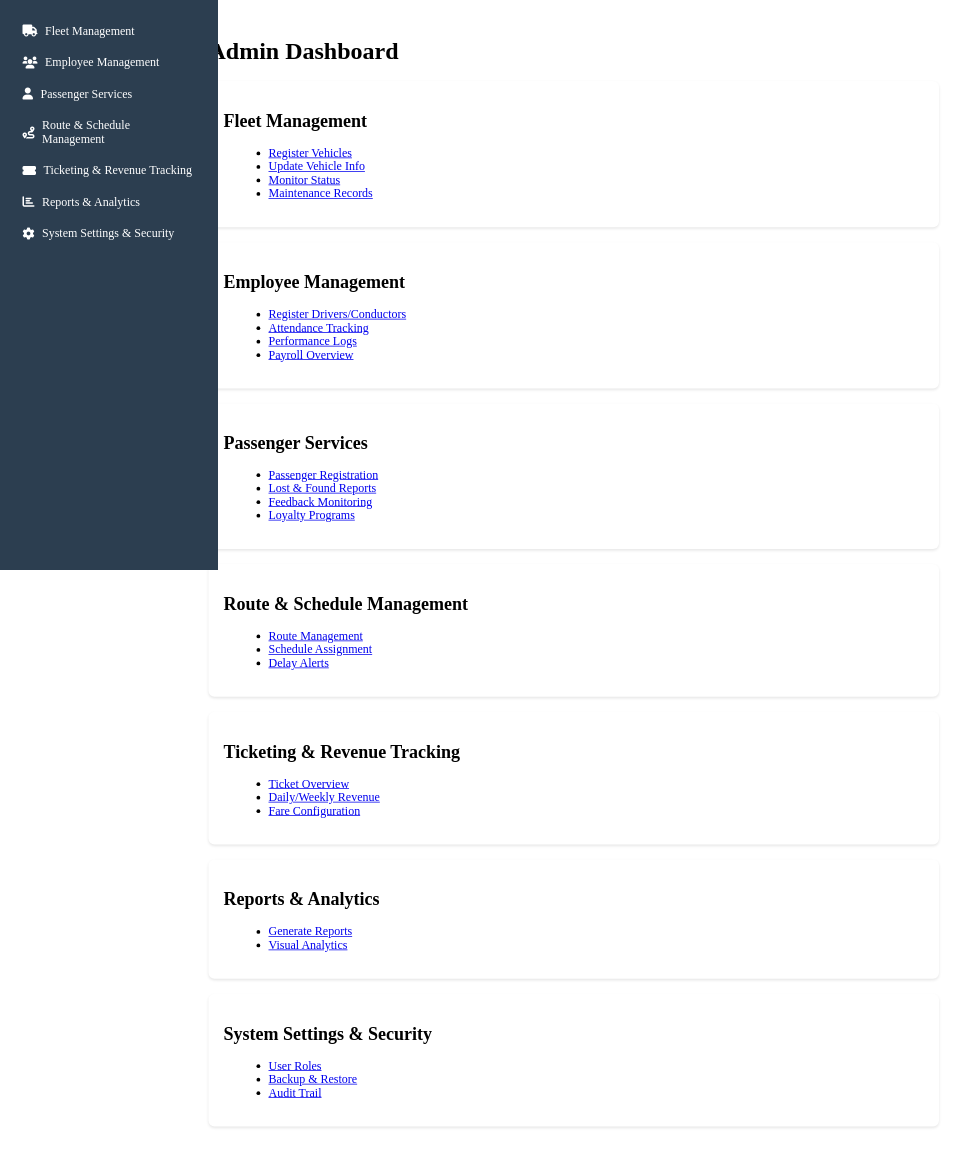
Repository: Ndegwa2/Smart-Transport-System
Page: client/admin.html
An editor plug-in stored every save of this project. The page is shown before and after the next save, followed by the edit.
The browser window is 1280 px wide. The pictures show the whole page, at 75% of full size.

Above is the page before, as saved 2025-05-27 12:29:51.
Console error: ReferenceError: routesData is not defined

After the next save:
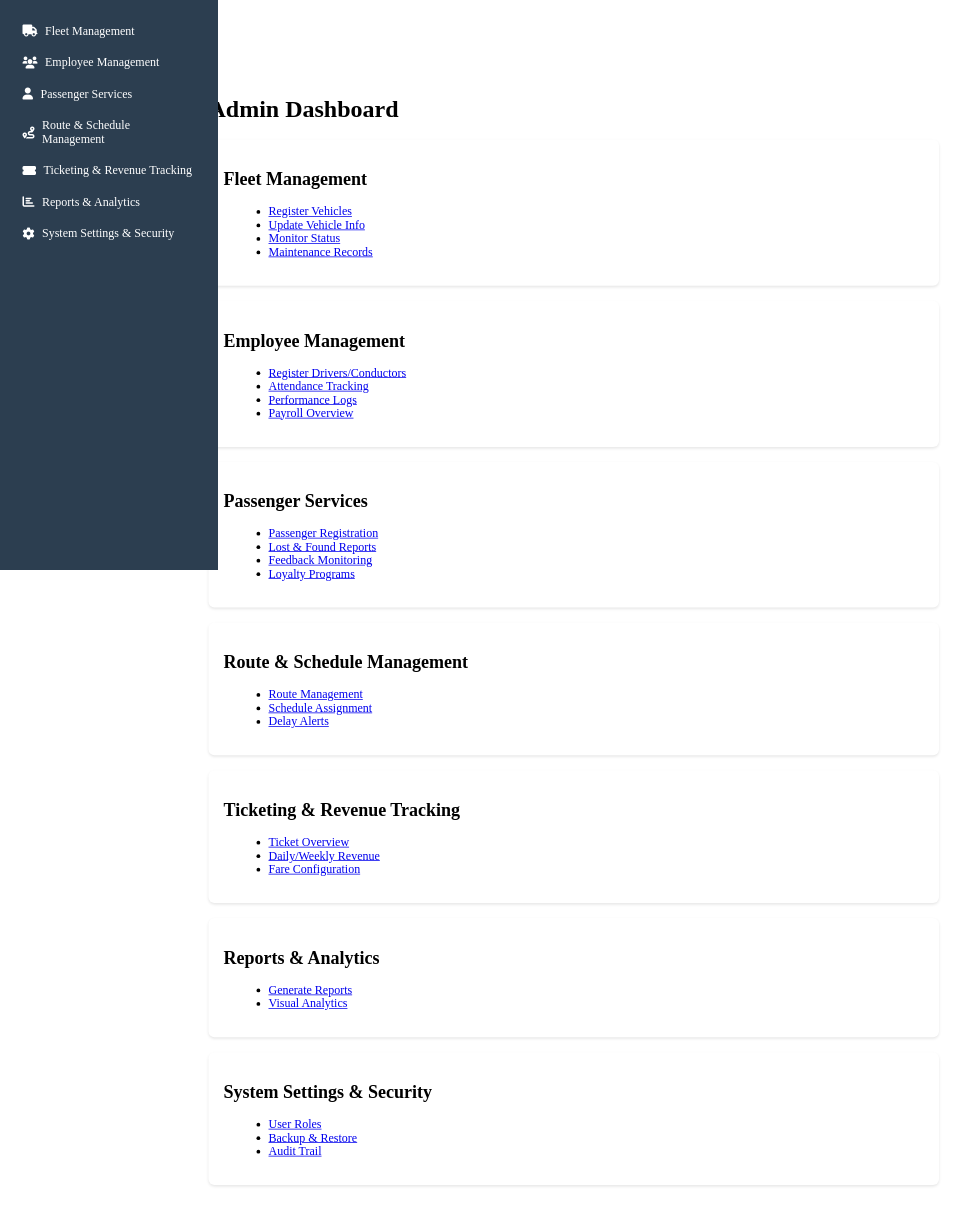
Saved 12 s later.
--- a/client/admin.html
+++ b/client/admin.html
@@ -7,6 +7,15 @@
     <link rel="stylesheet" href="https://cdnjs.cloudflare.com/ajax/libs/font-awesome/6.0.0/css/all.min.css" integrity="sha512-9usAa10IRO0HhonpyAIVpjrylPvoDwiPUiKdWk5t3PyolY1cOd4DSE0Ga+ri4AuTroPR5aQvXU9xC6qOPnzFeg==" crossorigin="anonymous" referrerpolicy="no-referrer" />
 </head>
 <body>
+  <header>
+    <nav>
+      <ul>
+        <li><a href="client/landing page.html">Home</a></li>
+        <li><a href="booking.html">Bookings</a></li>
+        <li><a href="routes.html">Routes</a></li>
+      </ul>
+    </nav>
+  </header>
   <div class="container">
     <nav class="sidebar">
       <ul>
